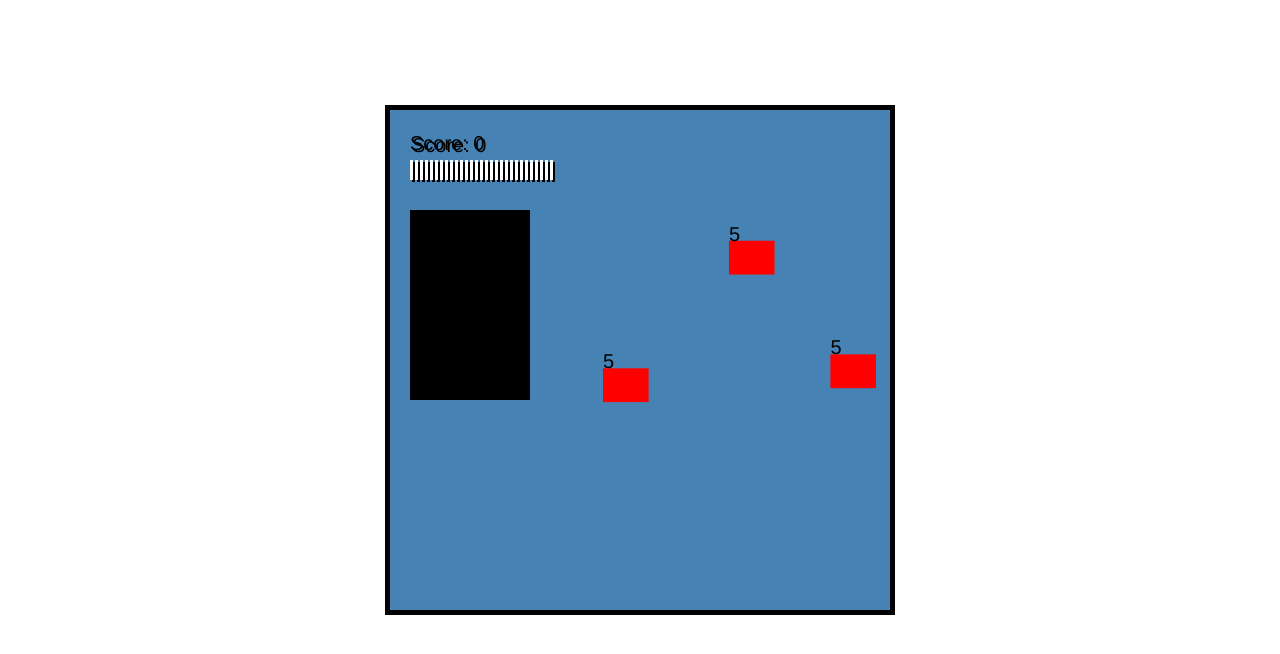
Repository: vasucp1207/seahorse-shooting-game
Page: index.html
These files come from the project's save history. The page is drawn as it stood at one moment and after a run of saves; the edit follows.
The browser window is 1280 px wide. The pictures show the whole page.

Above is the page before, as saved 2022-08-24 19:21:12.

### index.html
<!DOCTYPE html>
<html lang="en">
<head>
    <meta charset="UTF-8">
    <meta http-equiv="X-UA-Compatible" content="IE=edge">
    <meta name="viewport" content="width=device-width, initial-scale=1.0">
    <title>Document</title>
    <link rel="stylesheet" href="style.css">
</head>
<body>
    <canvas id="canvas"></canvas>

    <script src="script.js"></script>
</body>
</html>

### style.css
* {
    margin: 0;
    padding: 0;
    box-sizing: border-box;
}

#canvas{
    border: 5px solid black;
    position: absolute;
    top: 50%;
    left: 50%;
    transform: translate(-50%, -50%);
    background: steelblue;
    max-width: 100%;
    max-height: 100%;
}

### script.js
window.addEventListener('load', function () {
    const canvas = this.document.getElementById('canvas')
    const ctx = canvas.getContext('2d')
    canvas.width = 500
    canvas.height = 500

    class InputHandler {
        constructor(game) {
            this.game = game
            window.addEventListener('keydown', e => {
                if (((e.key === 'ArrowUp')
                    || (e.key === 'ArrowDown'))
                    && (this.game.keys.indexOf(e.key)) === -1) {
                    this.game.keys.push(e.key)
                } else if(e.key === ' '){
                    this.game.player.shootTop()
                }
            })
            window.addEventListener('keyup', e => {
                if (this.game.keys.indexOf(e.key) > -1) {
                    this.game.keys.splice(this.game.keys.indexOf(e.key), 1)
                }
            })
        }
    }

    class Projectile {
        constructor(game, x, y){
            this.game = game
            this.x = x
            this.y = y
            this.width = 10
            this.height = 10
            this.speed = 10
            this.markedForDeletion = false
        }

        update(){
            this.x += this.speed
            if(this.x > this.game.width * 0.9) this.markedForDeletion = true
        }

        draw(context){
            context.fillStyle = 'yellow'
            context.fillRect(this.x, this.y, this.width, this.height)
        }
    }

    class Player {
        constructor(game) {
            this.game = game
            this.width = 120
            this.height = 190
            this.x = 20
            this.y = 100
            this.speedY = 0
            this.maxSpeed = 2
            this.projectile = []
        }

        update() {
            if(this.game.keys.includes('ArrowUp')) this.speedY = -this.maxSpeed
            else if(this.game.keys.includes('ArrowDown')) this.speedY = this.maxSpeed
            else this.speedY = 0
            this.y += this.speedY

            this.projectile.forEach(projectile => {
                projectile.update()
            })
            this.projectile = this.projectile.filter(projectile => !projectile.markedForDeletion)
        }
        draw(context) {
            context.fillStyle = 'black'
            context.fillRect(this.x, this.y, this.width, this.height)
            this.projectile.forEach(projectile => {
                projectile.draw(context)
            })
        }
        shootTop(){
            if(this.game.amo > 0){
                this.projectile.push(new Projectile(this.game, this.x + 80, this.y + 80))
                this.game.amo--
            }
        }
    }

    class Particle {

    }

    class Enemy {
        constructor(game){
            this.game = game
            this.x = this.game.width
            this.speedX = Math.random() * -1.5 - 0.5
            this.markedForDeletion = false
            this.lives = 5
            this.score = this.lives
        }
        update(){
            this.x += this.speedX
            if(this.x + this.width < 0) this.markedForDeletion = true
        }
        draw(context){
            context.fillStyle = 'red'
            context.fillRect(this.x, this.y, this.width, this.height)
            context.fillStyle = 'black'
            context.font = '20px Helvetica'
            context.fillText(this.lives, this.x, this.y)
        }
    }

    class Angler1 extends Enemy{
        constructor(game){
            super(game)
            this.width = 228 * 0.2
            this.height = 169 * 0.2
            this.y = Math.random() * (this.game.height * 0.9 - this.height)
        }
    }

    class Layer {

    }

    class Background {

    }

    class UI {
        constructor(game){
            this.game = game
            this.fontSize = 25
            this.fontFamily = 'Helvetica'
            this.color = 'white'
        }
        draw(context){
            context.save()
            context.shadowOffsetX = 2
            context.shadowOffsetY = 2
            context.shadowColor = 'black'
            context.font = this.fontSize + 'px' + this.fontFamily
            context.fillText('Score: ' + this.game.score, 20, 40)
            context.fillStyle = this.color

            context.fillStyle = this.color
            for(let i = 0; i < this.game.amo; i++){
                context.fillRect(20 + 5 * i, 50, 3, 20)
            }

            if(this.game.gameOver){
                context.textAlign = 'center'
                let message1
                let message2
                if(this.game.score > this.game.winningScore){
                    message1 = 'You Win'
                    message2 = 'Well done'
                }
                else{
                    message1 = 'You Lose'
                    message2 = 'Try again next time'
                }
                context.font = '50px' + this.fontFamily
                context.fillText(message1, this.game.width * 0.5, this.game.height * 0.5 - 40)
                context.font = '25px' + this.fontFamily
                context.fillText(message2, this.game.width * 0.5, this.game.height * 0.5 + 40)
            }
            context.restore()
        }
    }

    class Game {
        constructor(width, height) {
            this.width = width
            this.height = height
            this.player = new Player(this)
            this.input = new InputHandler(this)
            this.ui = new UI(this)
            this.keys = []
            this.enemies = []
            this.enemyTimer = 0
            this.enemyInterval= 1000
            this.amo = 20
            this.amoTimer = 0
            this.amoInterval = 500
            this.maxAmo = 50
            this.gameOver = false
            this.score = 0
            this.winningScore = 10
        }
        update(deltaTime) {
            this.player.update()
            if(this.amoTimer > this.amoInterval){
                if(this.amo < this.maxAmo) this.amo++
                this.amoTimer = 0
            }
            else{
                this.amoTimer += deltaTime
            }

            this.enemies.forEach(enemy => {
                enemy.update()
                if(this.checkCollision(this.player, enemy)){
                    enemy.markedForDeletion = true
                }

                this.player.projectile.forEach(projectile => {
                    if(this.checkCollision(projectile, enemy)){
                        enemy.lives--
                        projectile.markedForDeletion = true
                        if(enemy.lives <= 0){
                            enemy.markedForDeletion = true
                            this.score += enemy.score
                            if(this.score > this.winningScore) this.gameOver = true
                        }
                    }
                })
            })
            this.enemies = this.enemies.filter(enemy => !enemy.markedForDeletion)
            if(this.enemyTimer > this.enemyInterval && !this.gameOver){
                this.addEnemy()
                this.enemyTimer = 0
            }
            else{
                this.enemyTimer += deltaTime
            }
        }

        draw(context) {
            this.player.draw(context)
            this.ui.draw(context)
            this.enemies.forEach(enemy => {
                enemy.draw(context)
            })
        }

        addEnemy(){
            this.enemies.push(new Angler1(this))
        }

        checkCollision(rect1, rect2){
            return (
                rect1.x < rect2.x + rect2.width &&
                rect1.x + rect1.width > rect2.x &&
                rect1.y < rect2.y + rect2.height &&
                rect1.height + rect1.y > rect2.y
            )
        }
    }

    const game = new Game(canvas.width, canvas.height)
    let lastTime = 0
    function animate(timeStamp) {
        const deltaTime = timeStamp - lastTime
        lastTime = timeStamp
        ctx.clearRect(0, 0, canvas.width, canvas.height)
        game.update(deltaTime)
        game.draw(ctx)
        requestAnimationFrame(animate)
    }
    animate(0)
})

After the next 3 saves:
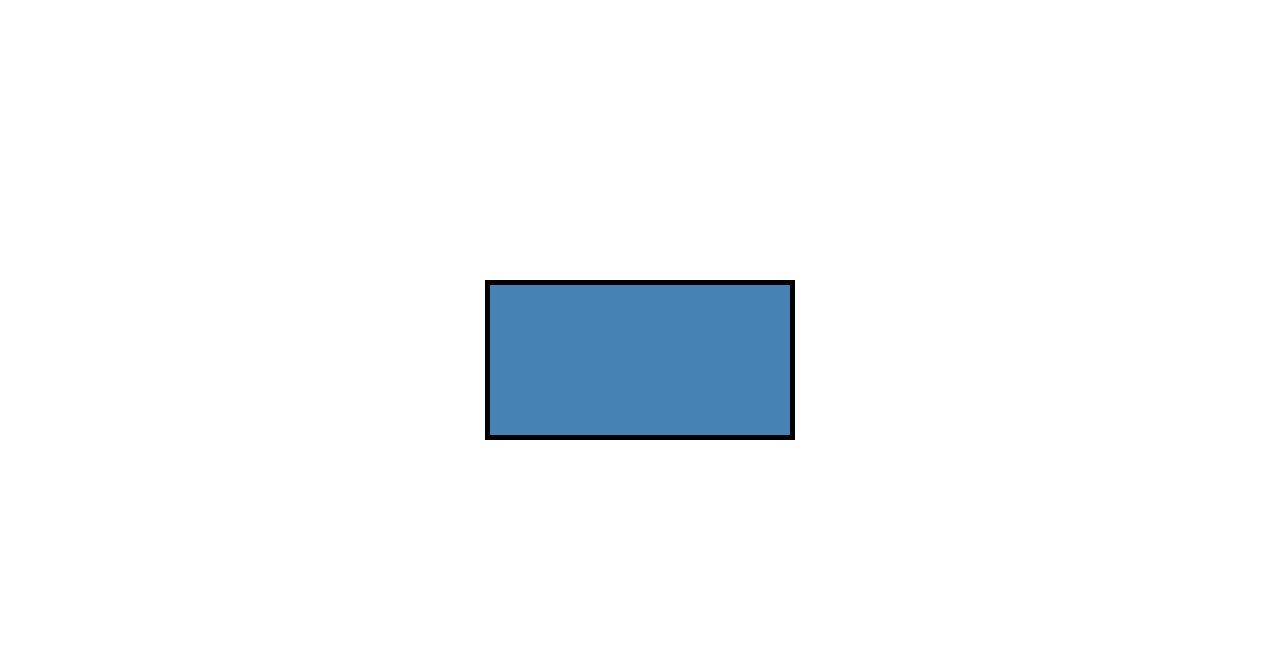
Console error: SyntaxError: Unexpected token '}'
The 3 saves are shown as one change because they came seconds apart.
The last was saved 47 s later.
--- a/script.js
+++ b/script.js
@@ -187,6 +187,8 @@
             this.gameOver = false
             this.score = 0
             this.winningScore = 10
+            this.gameTime = 0
+            this.
         }
         update(deltaTime) {
             this.player.update()

After the save that followed:
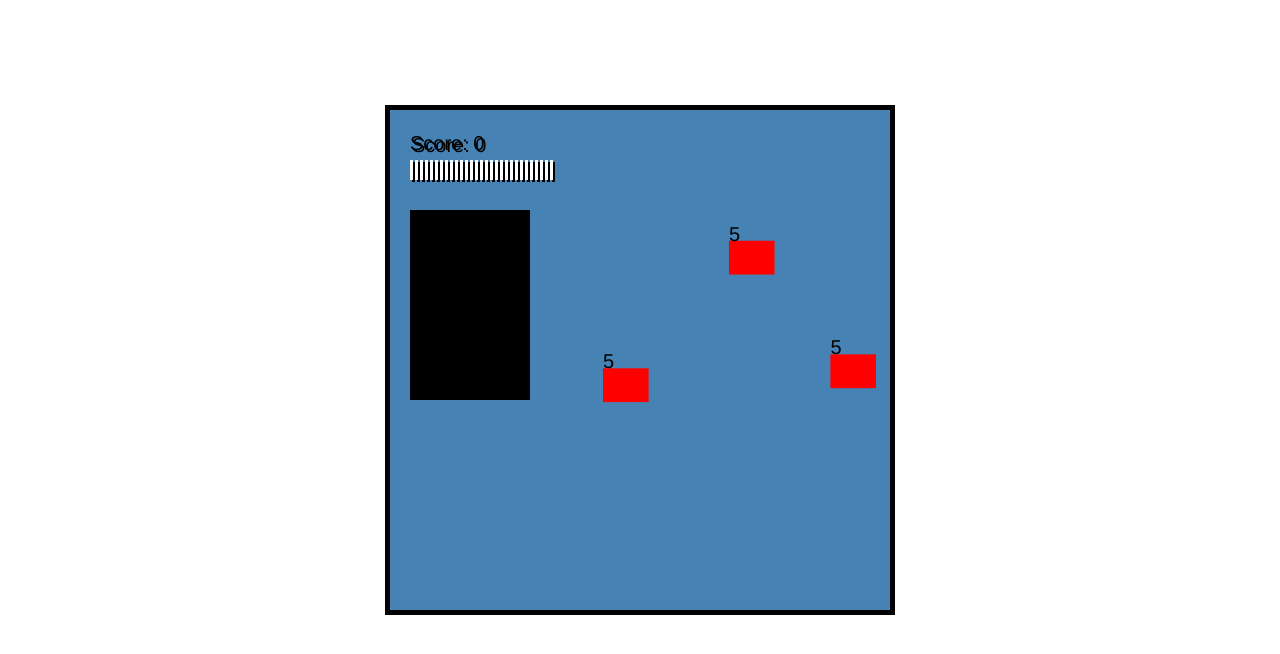
The error is gone.
Saved 6 s later.
--- a/script.js
+++ b/script.js
@@ -188,7 +188,7 @@
             this.score = 0
             this.winningScore = 10
             this.gameTime = 0
-            this.
+            this.timeLimit = 5000
         }
         update(deltaTime) {
             this.player.update()
